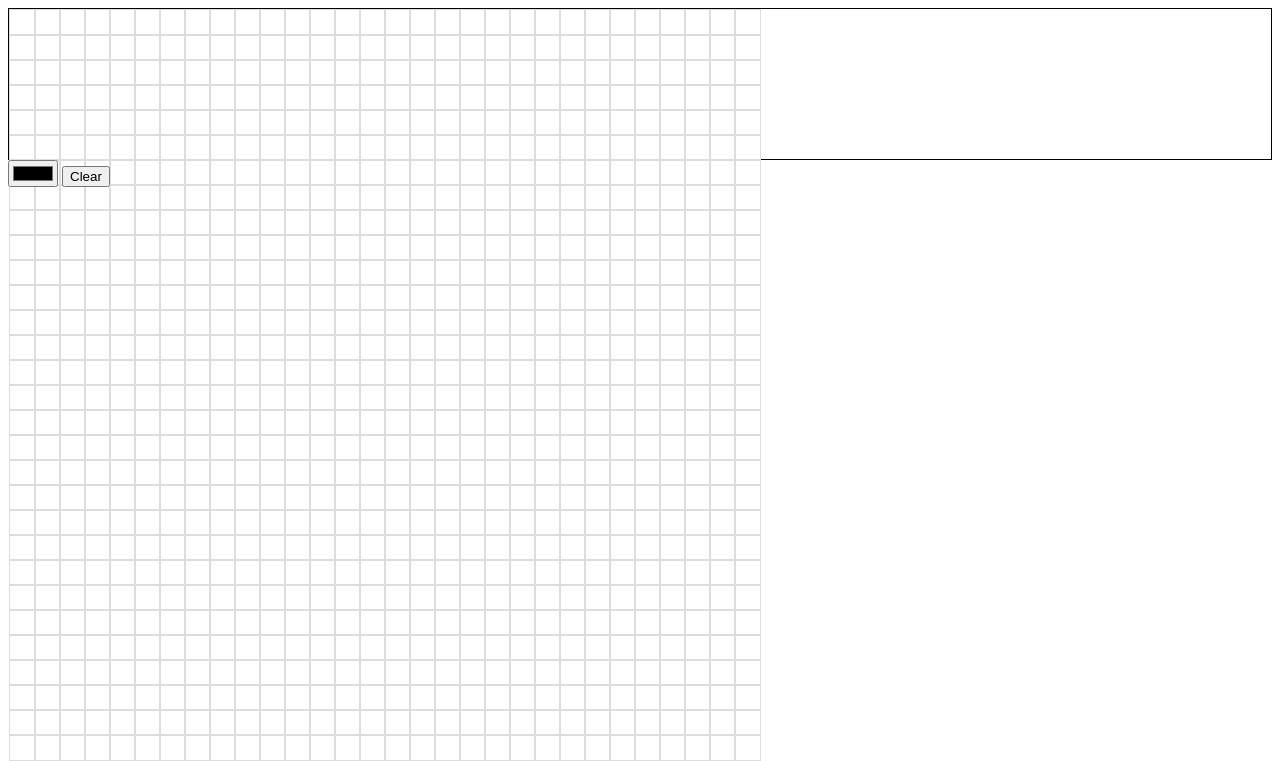
Repository: oldens/handwritten-digit-recognition
Page: index.html
The author's editor kept a copy of each file at every save. The page is drawn from the files as they stood at one save, then again after the next save.
The browser window is 1280 px wide. The pictures show the whole page.

Above is the page before, as saved 2025-01-31 15:39:54.

After the next save:
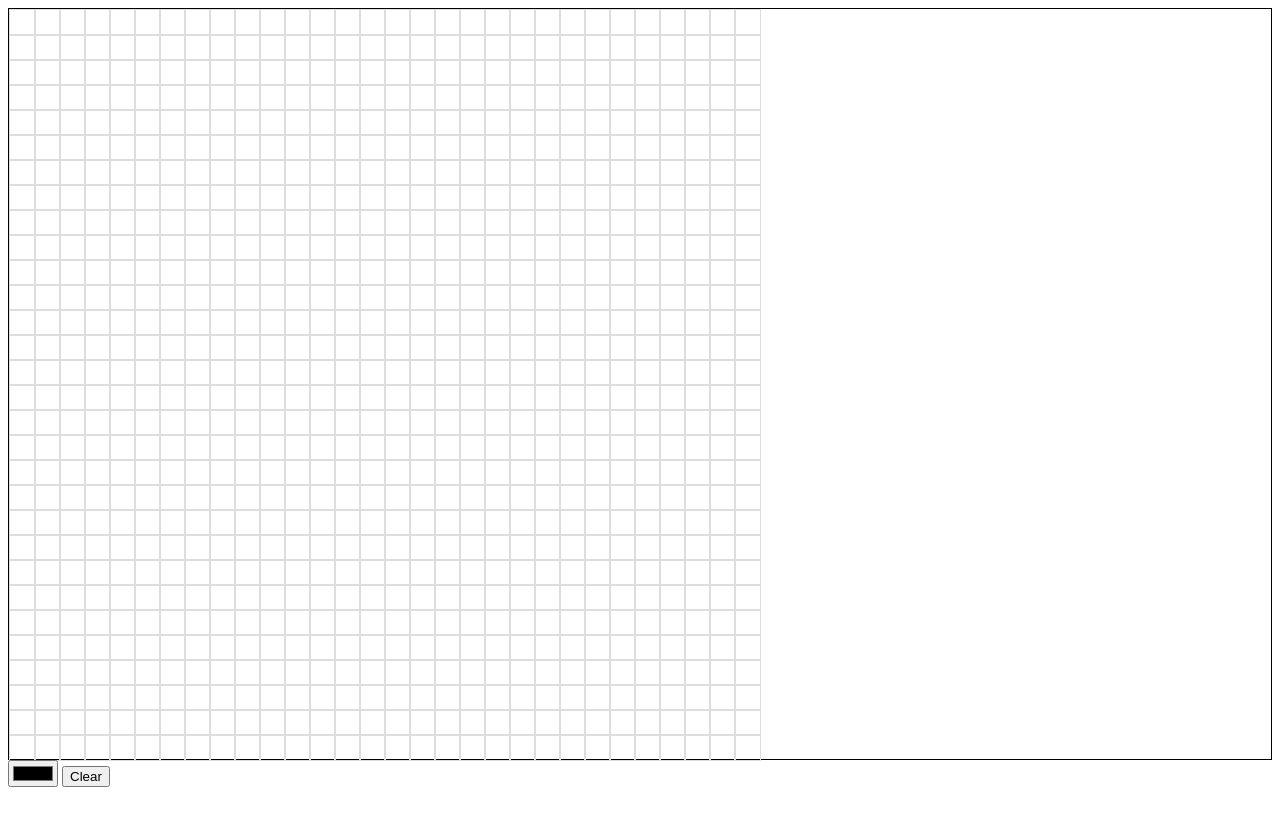
Saved 11 s later.
--- a/styles.css
+++ b/styles.css
@@ -1,6 +1,6 @@
 #drawing-area {
     width: (30*25)px;
-    height: 150px;
+    height: (30*25)px;
     display: grid;
     grid-template-columns: repeat(30, 25px);
     grid-template-rows: repeat(30, 25px);
